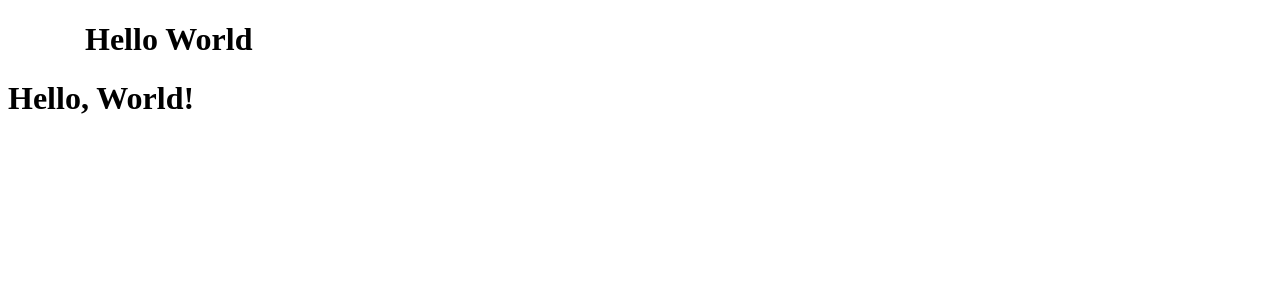
Repository: aphim/WEB6201-wk1
Page: index.html
An editor plug-in stored every save of this project. The page is shown before and after the next save, followed by the edit.
The browser window is 1280 px wide. The pictures show the whole page.

Above is the page before, as saved 2021-01-14 09:16:30.

### index.html
<!DOCTYPE html>
<html lang="en">
<head>
    <meta charset="UTF-8">
    <meta name="viewport" content="width=device-width, initial-scale=1.0">
    <div class="container">
        <h1>Hello World</h1>
    </div>
    <!-- CSS section-->
    <link rel="stylesheet" href="./node_modules/bootstrap/dist/css/bootstrap-grid.min.css">
    <link rel="stylesheet" href="./node_modules/bootstrap/@fortawesome/fontawesome-free/css/all.min.css">
    <link rel="stylesheet" href="./content/app.css">
</head>
<body>
    <div>
        <h1>Hello, World!</h1>
    </div>

    <!-- Javascript Section-->
    <script src="./node_modules/jquery/dist/jquery.min.js"></script>
    <script src="./node_modules/bootstrap/dist/js/bootstrap.bundle.min.js"></script>

    <script src="./Scripts/app.js"></script>
</body>
</html>

### Content/app.css
/* Custom CSS goes here */

### Scripts/app.js
/* custom scripts go here */

(function()
{
    // initialization function
    function Start()
    {
        console.log("App Started...");

        //always use let instead of var
        for (let index =0; index < 5; index++)
        {
            console.log(index);
        }

    }
    // event listener
    window.addEventListener("load", Start);
}

)();

Loaded but not shown: node_modules/bootstrap/dist/css/bootstrap-grid.min.css (library); node_modules/@fortawesome/fontawesome-free/css/all.min.css (library); node_modules/jquery/dist/jquery.min.js (library); node_modules/bootstrap/dist/js/bootstrap.bundle.min.js (library)

After the next save:
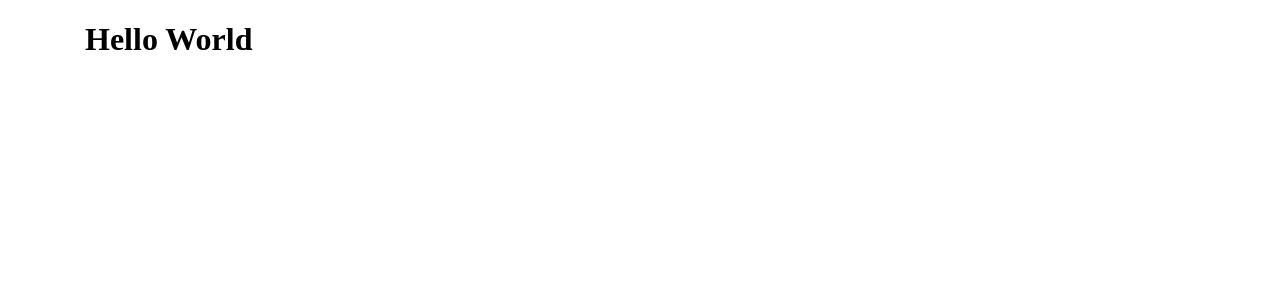
Saved 87 s later.
--- a/index.html
+++ b/index.html
@@ -3,17 +3,15 @@
 <head>
     <meta charset="UTF-8">
     <meta name="viewport" content="width=device-width, initial-scale=1.0">
-    <div class="container">
-        <h1>Hello World</h1>
-    </div>
+
     <!-- CSS section-->
     <link rel="stylesheet" href="./node_modules/bootstrap/dist/css/bootstrap-grid.min.css">
     <link rel="stylesheet" href="./node_modules/bootstrap/@fortawesome/fontawesome-free/css/all.min.css">
     <link rel="stylesheet" href="./content/app.css">
 </head>
 <body>
-    <div>
-        <h1>Hello, World!</h1>
+    <div class="container">
+        <h1>Hello World</h1>
     </div>
 
     <!-- Javascript Section-->
